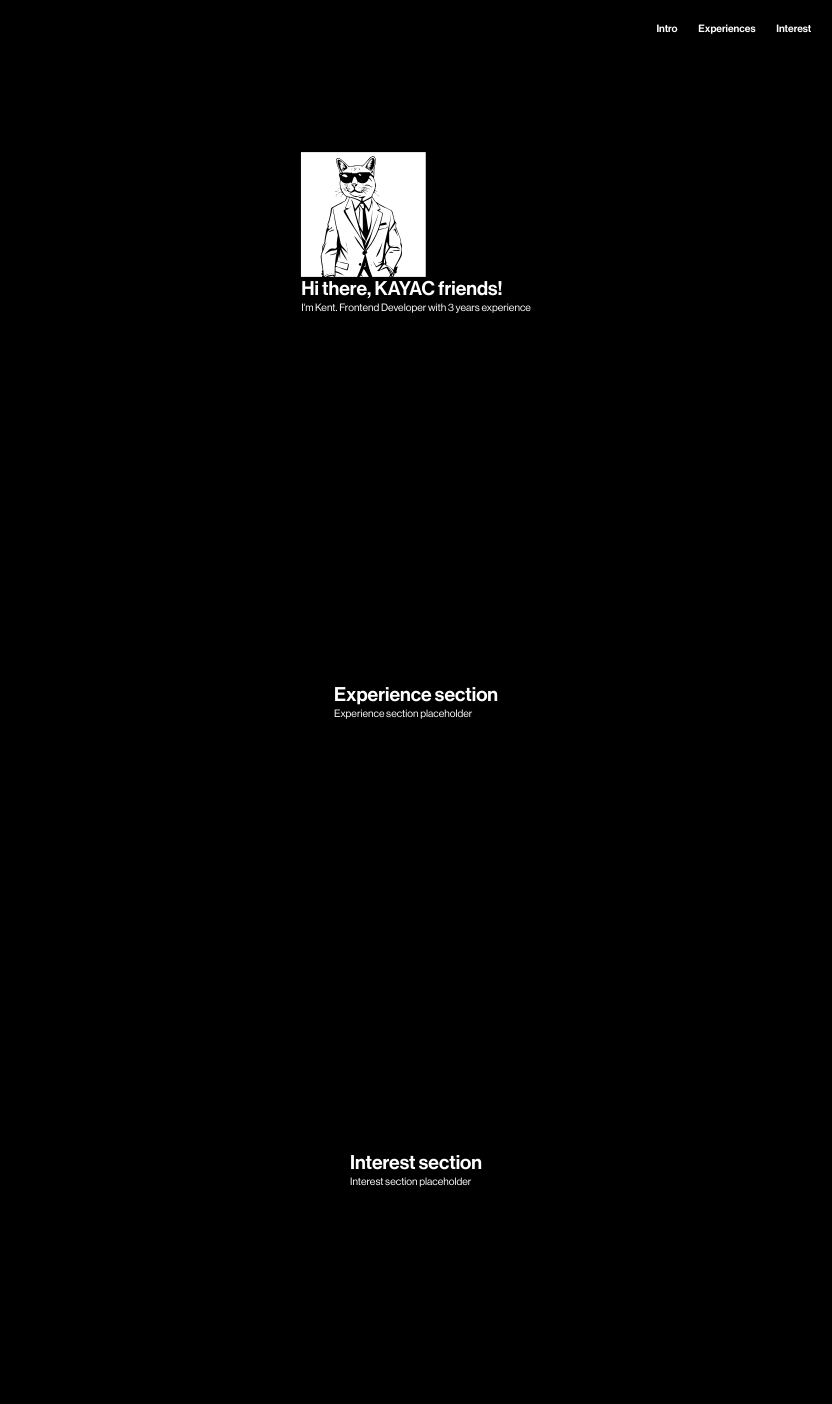
Repository: kentnathaniel/kayac-presentation
Page: /
These files come from the project's save history. The page is drawn as it stood at one moment and after the next save; the edit follows.
The browser window is 1280 px wide. The pictures show the whole page, at 65% of full size.
The project was rebuilt for these pictures with package versions that can differ from the ones it lists, and the page was loaded fresh each time. Also part of the build but not shown: vite.config.ts.

Above is the page before, as saved 2024-09-14 09:19:52.

### src/App.tsx
import SmartCat from "./assets/smart-cat-suits.svg?react";

function App() {
  return (
    <div className="flex flex-col w-screen min-h-screen overflow-x-hidden">
      <nav className="flex w-screen fixed top-0 gap-8 p-8 justify-end">
        <a className="cursor-pointer">Intro</a>
        <a className="cursor-pointer">Experiences</a>
        <a className="cursor-pointer">Interest</a>
      </nav>

      <div className="flex flex-col justify-center mx-auto h-screen ">
        <div className="bg-white w-fit">
          <SmartCat className="text-white w-48 h-48" />
        </div>
        <div>
          <h1 className="text-3xl text-left">Hi there, KAYAC friends!</h1>
          <p className="font-thin">
            I'm Kent. Frontend Developer with 3 years experience
          </p>
        </div>
      </div>

      <div className="flex flex-col justify-center mx-auto h-screen">
        <h1 className="text-3xl text-left">Experience section</h1>
        <p className="font-thin">Experience section placeholder</p>
      </div>

      <div className="flex flex-col justify-center mx-auto h-screen">
        <h1 className="text-3xl text-left">Interest section</h1>
        <p className="font-thin">Interest section placeholder</p>
      </div>
    </div>
  );
}

export default App;

### src/index.css
@tailwind base;
@tailwind components;
@tailwind utilities;

body {
  background-color: black;
  color: white;
}

/* Thin */
@font-face {
  font-family: "Neue-Haas-Grotesk";
  src: url("./assets/fonts/NeueHaasDisplayRoman.ttf") format("truetype");
  font-weight: 300;
  font-style: normal;
}

@font-face {
  font-family: "Neue-Haas-Grotesk";
  src: url("./assets/fonts/NeueHaasDisplayRomanItalic.ttf") format("truetype");
  font-weight: 300;
  font-style: italic;
}

/* Mediums */
@font-face {
  font-family: "Neue-Haas-Grotesk";
  src: url("./assets/fonts/NeueHaasDisplayMedium.ttf") format("truetype");
  font-weight: 400;
  font-style: normal;
}

@font-face {
  font-family: "Neue-Haas-Grotesk";
  src: url("./assets/fonts/NeueHaasDisplayMediumItalic.ttf") format("truetype");
  font-weight: 400;
  font-style: italic;
}

/* Bolds */
@font-face {
  font-family: "Neue-Haas-Grotesk";
  src: url("./assets/fonts/NeueHaasDisplayBold.ttf") format("truetype");
  font-weight: 700;
  font-style: normal;
}

@font-face {
  font-family: "Neue-Haas-Grotesk";
  src: url("./assets/fonts/NeueHaasDisplayBoldItalic.ttf") format("truetype");
  font-weight: 700;
  font-style: italic;
}

body {
  font-family: "Neue-Haas-Grotesk", Arial, Helvetica, sans-serif;
}

### tailwind.config.ts
/** @type {import('tailwindcss').Config} */
export default {
  content: ["./index.html", "./src/**/*.{js,ts,jsx,tsx}"],
  theme: {
    extend: {
      fontFamily: {
        custom: ["Neue-Haas-Grotesk"],
      },
    },
  },
  plugins: [],
};

Loaded but not shown: index.html (common file); src/main.tsx (common file)

After the next save:
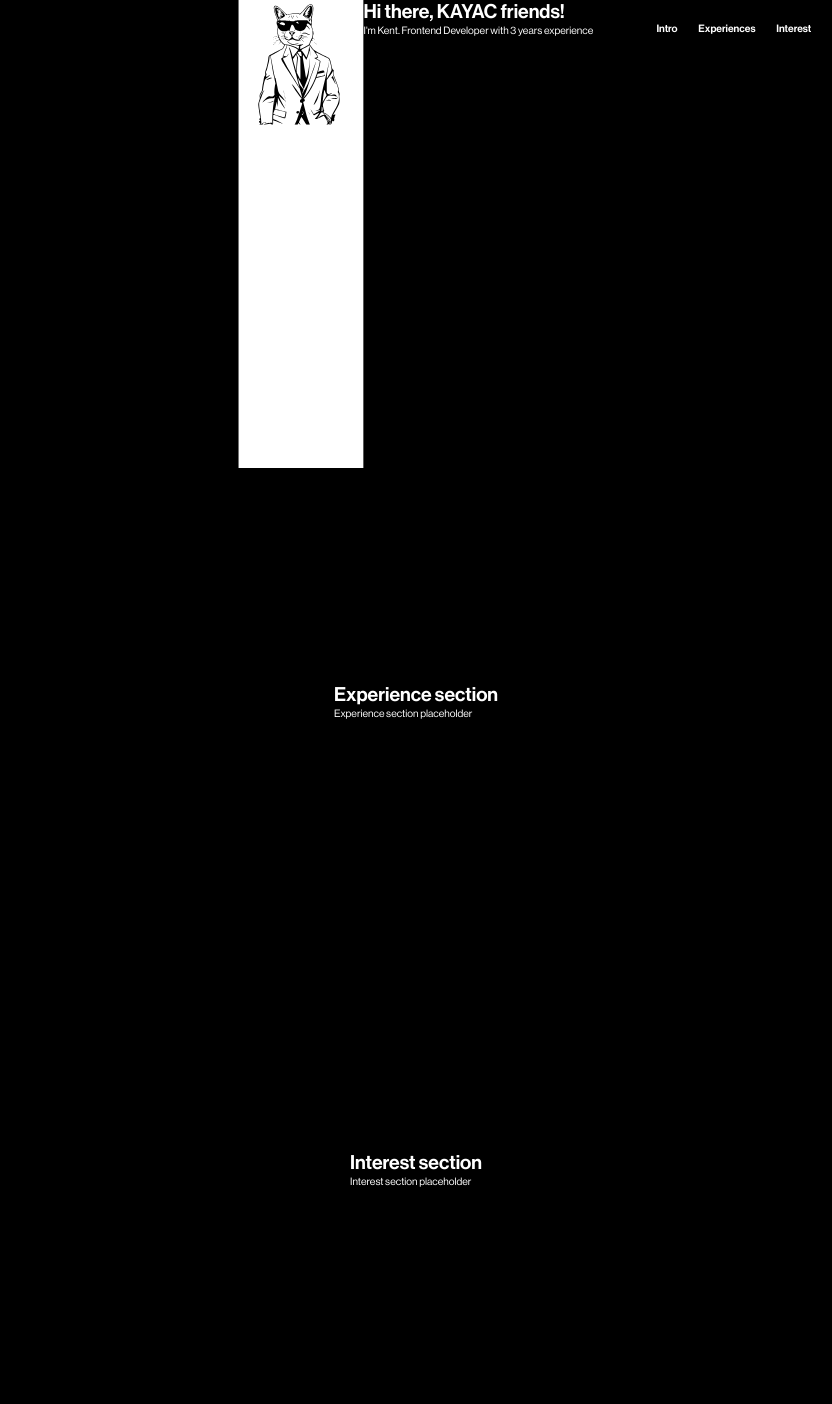
Saved 5 s later.
--- a/src/App.tsx
+++ b/src/App.tsx
@@ -9,7 +9,7 @@ function App() {
         <a className="cursor-pointer">Interest</a>
       </nav>
 
-      <div className="flex flex-col justify-center mx-auto h-screen ">
+      <div className="flex justify-center mx-auto h-screen ">
         <div className="bg-white w-fit">
           <SmartCat className="text-white w-48 h-48" />
         </div>
